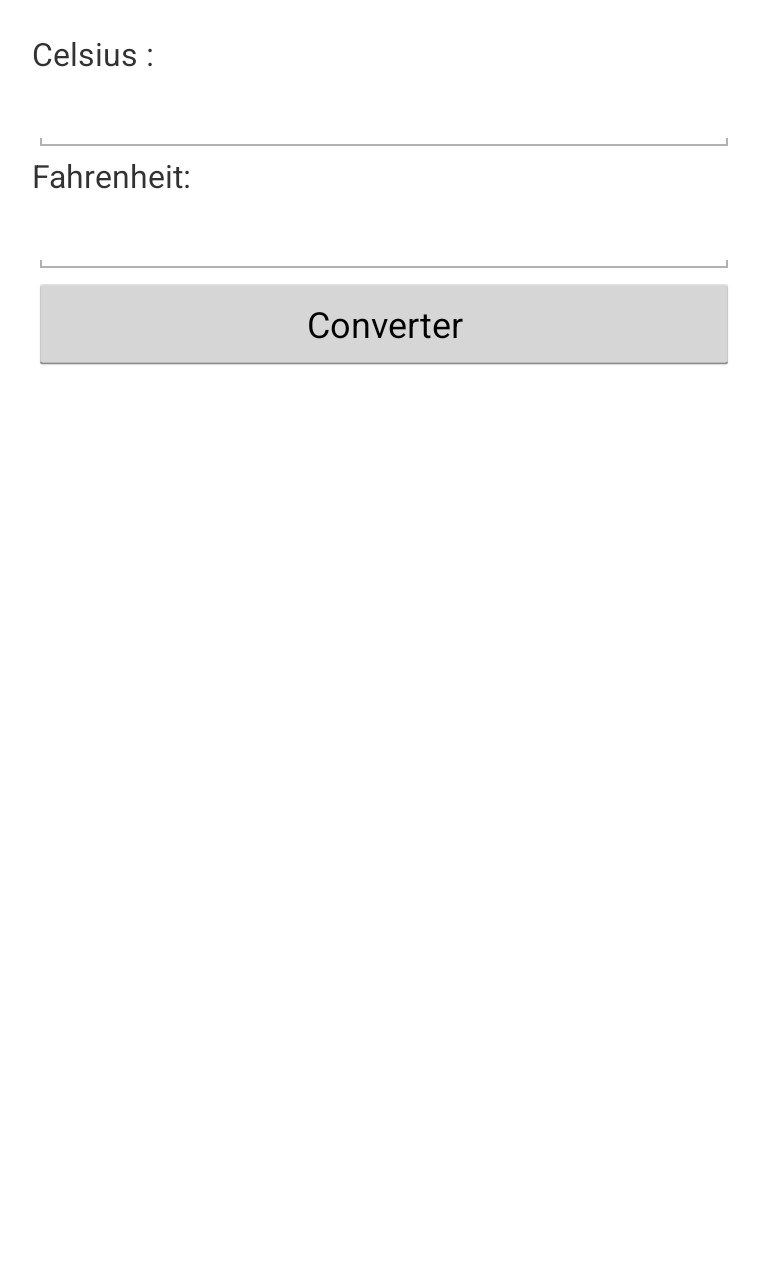
Repository: erickluz/Android
Layout: CelsiusToFahrenheit/res/layout/activity_main.xml
These files come from the project's save history. The layout is drawn as it stood at one moment and after the next save; the edit follows.
It is drawn on a 768 x 1280 px phone screen (xhdpi) without system bars, with theme AppTheme; the app's code is not run.

Above is the layout before, as saved 2016-03-15 00:14:57.

### CelsiusToFahrenheit/res/layout/activity_main.xml
<LinearLayout xmlns:android="http://schemas.android.com/apk/res/android"
    xmlns:tools="http://schemas.android.com/tools"
    android:layout_width="match_parent"
    android:layout_height="match_parent"
    android:paddingBottom="@dimen/activity_vertical_margin"
    android:paddingLeft="@dimen/activity_horizontal_margin"
    android:paddingRight="@dimen/activity_horizontal_margin"
    android:paddingTop="@dimen/activity_vertical_margin"
    android:orientation="vertical"
    tools:context="com.erick.celsiustofahrenheit.MainActivity" >

    <TextView
        android:layout_width="wrap_content"
        android:layout_height="wrap_content"
        android:textSize="16sp"
        android:text="@string/celsius" />

  <EditText
      	android:id="@+id/txtCelcius"
      	android:labelFor="@+id/txtCelcius"
      	android:layout_width="fill_parent"
      	android:layout_height="wrap_content"
      	android:inputType="number"/>

    <TextView
        android:layout_width="wrap_content"
        android:layout_height="wrap_content"
        android:textSize="16sp"
        android:text="@string/fahrenheit" />

  <EditText
      	android:id="@+id/txtFahrenheit"
      	android:labelFor="@+id/txtFahrenheit"
      	android:layout_width="fill_parent"
      	android:layout_height="wrap_content"
      	android:inputType="number"/>

  <Button
      	android:id="@+id/btnOk"
      	android:labelFor="@+id/btnOk"
      	android:text="@string/conversao"
      	android:layout_width="fill_parent"
      	android:layout_height="wrap_content"/>

</LinearLayout>

### CelsiusToFahrenheit/res/values/strings.xml
<?xml version="1.0" encoding="utf-8"?>
<resources>

    <string name="app_name">CelsiusToFahrenheit</string>
    <string name="hello_world">Hello world!</string>
    <string name="action_settings">Settings</string>
    <string name="celsius">Celsius :</string>
    <string name="fahrenheit">Fahrenheit:</string>
    <string name="conversao">Converter</string>

</resources>

Loaded but not shown: CelsiusToFahrenheit/res/values/styles.xml (common file); CelsiusToFahrenheit/res/values-v11/styles.xml (common file); CelsiusToFahrenheit/res/values-v14/styles.xml (common file); CelsiusToFahrenheit/res/values/dimens.xml (common file); CelsiusToFahrenheit/res/values-w820dp/dimens.xml (common file)

After the next save:
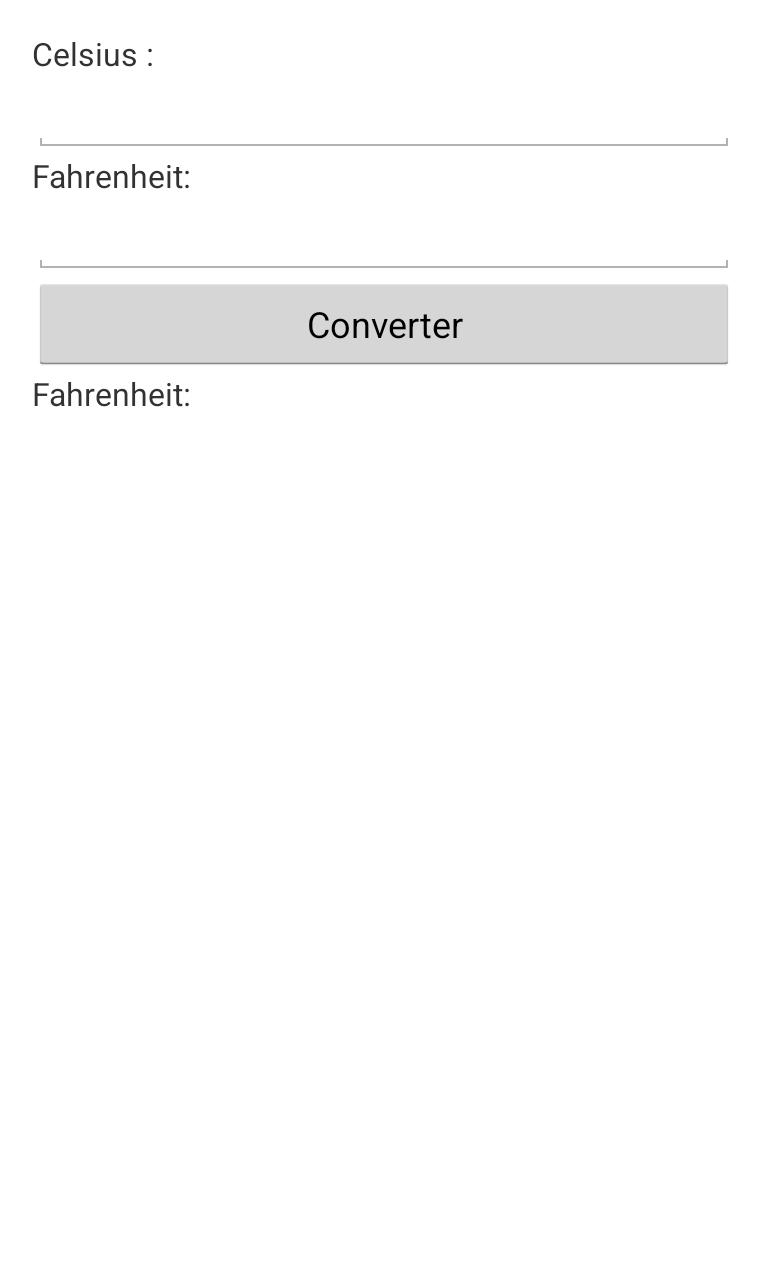
Saved 13 s later.
--- a/CelsiusToFahrenheit/res/layout/activity_main.xml
+++ b/CelsiusToFahrenheit/res/layout/activity_main.xml
@@ -42,4 +42,11 @@
       	android:layout_width="fill_parent"
       	android:layout_height="wrap_content"/>
 
+      <TextView
+        android:layout_width="wrap_content"
+        android:layout_height="wrap_content"
+        android:textSize="16sp"
+        android:text="@string/fahrenheit" />
+
+
 </LinearLayout>
